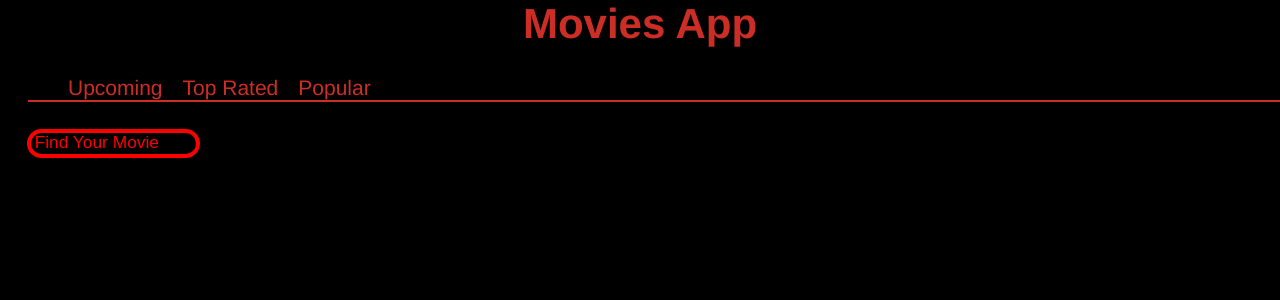
Repository: runner855/movie-app
Page: /MovieCard
The author's editor kept a copy of each file at every save. The page is drawn from the files as they stood at one save, then again after the next save.
The browser window is 1280 px wide. The pictures show the whole page.
The page's requests for data from a server got no answer. The project was rebuilt for these pictures with package versions that can differ from the ones it lists, and the page was loaded fresh each time. No one was signed in, and anything a server would have sent is missing. Also part of the build but not shown: src/components/MovieCard.tsx.

Above is the page before, as saved 2022-11-21 09:23:24.

### src/index.tsx
import React from "react";
import ReactDOM from "react-dom/client";
import { BrowserRouter } from "react-router-dom";
import "./styles/index.css";
import { App } from "./components/App";

const root = ReactDOM.createRoot(
  document.getElementById("root") as HTMLElement
);
root.render(
  <React.StrictMode>
    <BrowserRouter>
      <App />
    </BrowserRouter>
  </React.StrictMode>
);

### src/styles/index.css
body {
  background-color: white;
}

code {
  font-family: source-code-pro, Menlo, Monaco, Consolas, "Courier New",
    monospace;
}

### src/components/App.tsx
import React from "react";
import "../styles/App.css";
import {
  BrowserRouter as Router,
  Routes,
  Route,
  Link,
  useParams,
} from "react-router-dom";
import { NavBar } from "../components/NavBar";
import { MoviesFilter } from "./MoviesFilter";
import { MoviesContainer } from "./MoviesContainer";
import { MovieProps } from "../types/ApiTypes";
import { MovieCard } from "./MovieCard";

export const App = () => {
  return (
    <div className="App">
      <div className="title">Movies App</div>

      <NavBar />
      <MoviesFilter />

      <Routes>
        <Route path="/:page" element={<MoviesContainer />} />
        <Route path="/MovieCard/:id" element={<MovieCard />} />
      </Routes>
    </div>
  );
};

### src/styles/App.css
.title {
  color: #cc2e25;
  text-align: center;
  font-weight: bold;
  font-size: 3em;
}

p {
  color: red;
}

### src/components/NavBar.tsx
import * as React from "react";
import "../styles/NavBar.css";
import { Link } from "react-router-dom";

export const NavBar = () => {
  return (
    <header className="navbar">
      <nav>
        <ul>
          <li>
            <Link className="item" to="/upcoming">
              Upcoming
            </Link>
          </li>
          <li>
            <Link className="item" to="/top_rated">
              Top Rated
            </Link>
          </li>
          <li>
            <Link className="item" to="/popular">
              Popular
            </Link>
          </li>
        </ul>
      </nav>
    </header>
  );
};

### src/components/MoviesFilter.tsx
import React, { useState } from "react";
import "../styles/MoviesFilter.css";

export const MoviesFilter = () => {
  const [value, setValue] = useState<string>("");
  return (
    <div className="movie_search">
      <input
        className="search-input"
        type="search"
        onChange={(e) => setValue(e.target.value)}
        value={value}
        placeholder={"Find Your Movie"}
      />
    </div>
  );
};

### src/components/MoviesContainer.tsx
import React, { useEffect, useState } from "react";
import MoviesCall from "../api/MoviesCall";
import { MovieProps } from "../types/ApiTypes";
import { useParams } from "react-router-dom";
import { MoviesLayout } from "./MoviesLayout";

export const MoviesContainer = () => {
  const [movies, setMovies] = useState<MovieProps[]>();
  const params = useParams();

  useEffect(() => {
    params.page &&
      MoviesCall.get(
        `${params.page}?api_key=${process.env.REACT_APP_API_KEY}`,
        {}
      ).then((res) => {
        setMovies(res.data.results);
      });
  }, [params]);

  return (
    <>
      <MoviesLayout movies={movies} />
    </>
  );
};

### src/styles/NavBar.css
ul {
  text-align: left;
  list-style: none;
  font-size: 1.5em;
  display: flex;
}
ul li {
  margin-right: 20px;
  color: #cc2e25;
}

a {
  text-decoration: none;
}

a,
a:visited,
a:hover,
a:active {
  color: inherit;
}

.navbar {
  margin: 2em 0em 0em 2em;
}
a:hover {
  border-bottom: solid 3px #cc2e25;
}

.logo {
  font-weight: bold;
  font-size: 1.3em;
}

.navbar {
  border-bottom: #cc2e25 solid 0.2em;
}

### src/styles/MoviesFilter.css
.movie_search input {
  text-align: left;
  margin: 2em 0em 0em 2em;
}

input {
  border: solid red 0.3em;
  border-radius: 2em;
  background-color: #0000;
  width: 13em;
  height: 2.2em;
}

input::placeholder {
  color: red;
  font-size: 1.3em;
  padding: 2px;
}

input,
select,
textarea {
  color: #ff0000;
}

input:focus {
  outline: none !important;
}

### src/api/MoviesCall.tsx
import axios from "axios";

export default axios.create({
  baseURL: "https://api.themoviedb.org/3/movie/",
});

### src/components/MoviesLayout.tsx
import * as React from "react";
import { useNavigate } from "react-router-dom";
import "../styles/MoviesLayout.css";
import { MovieCard } from "./MovieCard";
import { Link } from "react-router-dom";
import { MovieProps } from "../types/ApiTypes";

type MoviesLayoutProps = {
  movies: MovieProps[] | undefined;
};

export const MoviesLayout = ({ movies }: MoviesLayoutProps) => {
  const navigate = useNavigate();
  return (
    <div className="container">
      {movies &&
        movies.map((item, index) => {
          return (
            <div className={`rendered-movies`} key={`${item.title}-${index}`}>
              <img
                alt="poster"
                src={`https://image.tmdb.org/t/p/w500${item.poster_path}`}
                onClick={() => navigate(`/MovieCard/${item.id}`)}
              />

              <h1 className="movie-title">{item.title}</h1>
            </div>
          );
        })}
    </div>
  );
};

### src/styles/MovieCard.css
p {
  color: red;
  text-align: center;
}

@import url("https://fonts.googleapis.com/css?family=Montserrat:300,400,700,800");

* {
  box-sizing: border-box;
  margin: 0;
}

html,
body {
  margin: 0;
  background: black;
  font-family: "Montserrat", helvetica, arial, sans-serif;
  font-size: 14px;
  font-weight: 400;
}

.movie_card {
  position: relative;
  display: block;
  width: 800px;
  height: 350px;
  margin: 100px auto;
  overflow: hidden;
  border-radius: 10px;
  transition: all 0.4s;
  &:hover {
    transform: scale(1.02);
    transition: all 0.4s;
  }
  .info_section {
    position: relative;
    width: 100%;
    height: 100%;
    background-blend-mode: multiply;
    z-index: 2;
    border-radius: 10px;
    .movie_header {
      position: relative;
      padding: 25px;
      height: 40%;
      h1 {
        color: #fff;
        font-weight: 400;
      }
      h4 {
        color: #9ac7fa;
        font-weight: 400;
      }
      .minutes {
        display: inline-block;
        margin-top: 10px;
        color: #fff;
        padding: 5px;
        border-radius: 5px;
        border: 1px solid rgba(255, 255, 255, 0.13);
      }
      .type {
        display: inline-block;
        color: #cee4fd;
        margin-left: 10px;
      }
      .locandina {
        position: relative;
        float: left;
        margin-right: 20px;
        height: 120px;
        box-shadow: 0 0 20px -10px rgba(0, 0, 0, 0.5);
      }
    }
    .movie_desc {
      padding: 25px;
      height: 50%;
      .text {
        color: #cfd6e1;
      }
    }
    .movie_social {
      height: 10%;
      padding-left: 15px;
      padding-bottom: 20px;
      ul {
        list-style: none;
        padding: 0;
        li {
          display: inline-block;
          color: rgba(255, 255, 255, 0.4);
          transition: color 0.3s;
          transition-delay: 0.15s;
          margin: 0 10px;
          &:hover {
            transition: color 0.3s;
            color: rgba(255, 255, 255, 0.8);
          }
          i {
            font-size: 19px;
            cursor: pointer;
          }
        }
      }
    }
  }
  .blur_back {
    position: absolute;
    top: 0;
    z-index: 1;
    height: 100%;
    right: 0;
    background-size: cover;
    border-radius: 11px;
  }
}

@media screen and (min-width: 768px) {
  .movie_header {
    width: 60%;
  }

  .movie_desc {
    width: 50%;
  }

  .info_section {
    background: linear-gradient(to right, #0d0d0c 50%, transparent 100%);
  }

  .blur_back {
    width: 80%;
    background-position: -100% 10% !important;
  }
}

@media screen and (max-width: 768px) {
  .movie_card {
    width: 95%;
    margin: 70px auto;
    min-height: 350px;
    height: auto;
  }

  .blur_back {
    width: 100%;
    background-position: 50% 50% !important;
  }

  .movie_header {
    width: 100%;
    margin-top: 85px;
  }

  .movie_desc {
    width: 100%;
  }

  .info_section {
    background: linear-gradient(to top, rgb(20, 20, 19) 50%, transparent 100%);
    display: inline-grid;
  }
}

#bright {
  box-shadow: 0px 0px 150px -45px rgba(255, 51, 0, 0.5);
  &:hover {
    box-shadow: 0px 0px 120px -55px rgba(255, 51, 0, 0.5);
  }
}

.bright_back {
  background: url("https://occ-0-2433-448.1.nflxso.net/art/cd5c9/3e192edf2027c536e25bb5d3b6ac93ced77cd5c9.jpg");
}

#tomb {
  box-shadow: 0px 0px 150px -45px rgba(19, 160, 134, 0.6);
  &:hover {
    box-shadow: 0px 0px 120px -55px rgba(19, 160, 134, 0.6);
  }
}

.tomb_back {
  background: url("https://fsmedia.imgix.net/cd/c9/5e/ba/4817/4d9a/93f0/c776ec32ecbc/lara-crofts-neck-looks-unnatural-in-the-new-poster-for-tomb-raider.png");
}

#ave {
  box-shadow: 0px 0px 150px -45px rgba(199, 147, 75, 0.7);
  margin-bottom: 200px;
  &:hover {
    box-shadow: 0px 0px 120px -55px rgba(199, 147, 75, 0.7);
  }
}

.ave_back {
  background: url("https://www.gannett-cdn.com/-mm-/c03fd140debe8ad4c05cf81a5cad7ad61a12ce52/c=0-1580-2985-3266&r=x803&c=1600x800/local/-/media/2017/06/09/USATODAY/USATODAY/636326272873599176-Black-Panther-Teaser.jpg");
}

### src/styles/MoviesLayout.css
img {
  width: 16em;
  height: 20em;
  border-radius: 1em;
  margin: 2em;
}

img:hover {
  cursor: pointer;
}

.container {
  display: flex;
  flex-direction: row;
  flex-wrap: wrap;
  align-content: center;
}

.movie-title {
  font-size: 1.4em;
  overflow-wrap: break-word;
}

.rendered-movies {
  inline-size: 350px;
  overflow-wrap: break-word;
  text-align: center;
}

Loaded but not shown: public/index.html (common file)

After the next save:
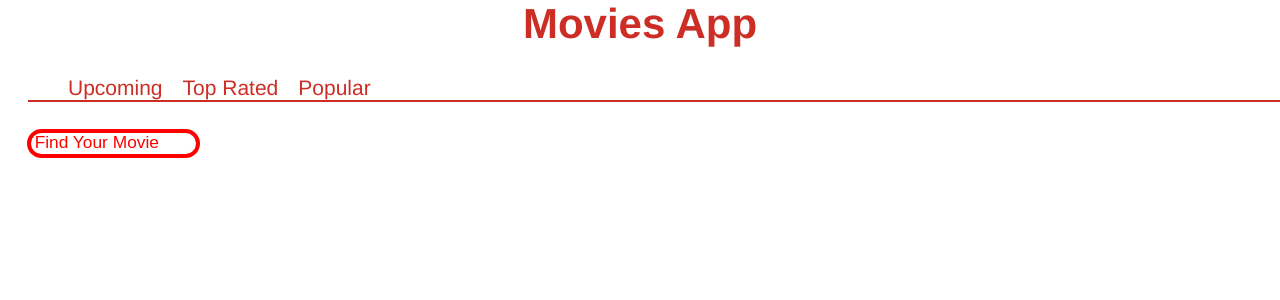
Saved 33 s later.
--- a/src/styles/MovieCard.css
+++ b/src/styles/MovieCard.css
@@ -13,7 +13,7 @@ p {
 html,
 body {
   margin: 0;
-  background: black;
+  background: white;
   font-family: "Montserrat", helvetica, arial, sans-serif;
   font-size: 14px;
   font-weight: 400;
